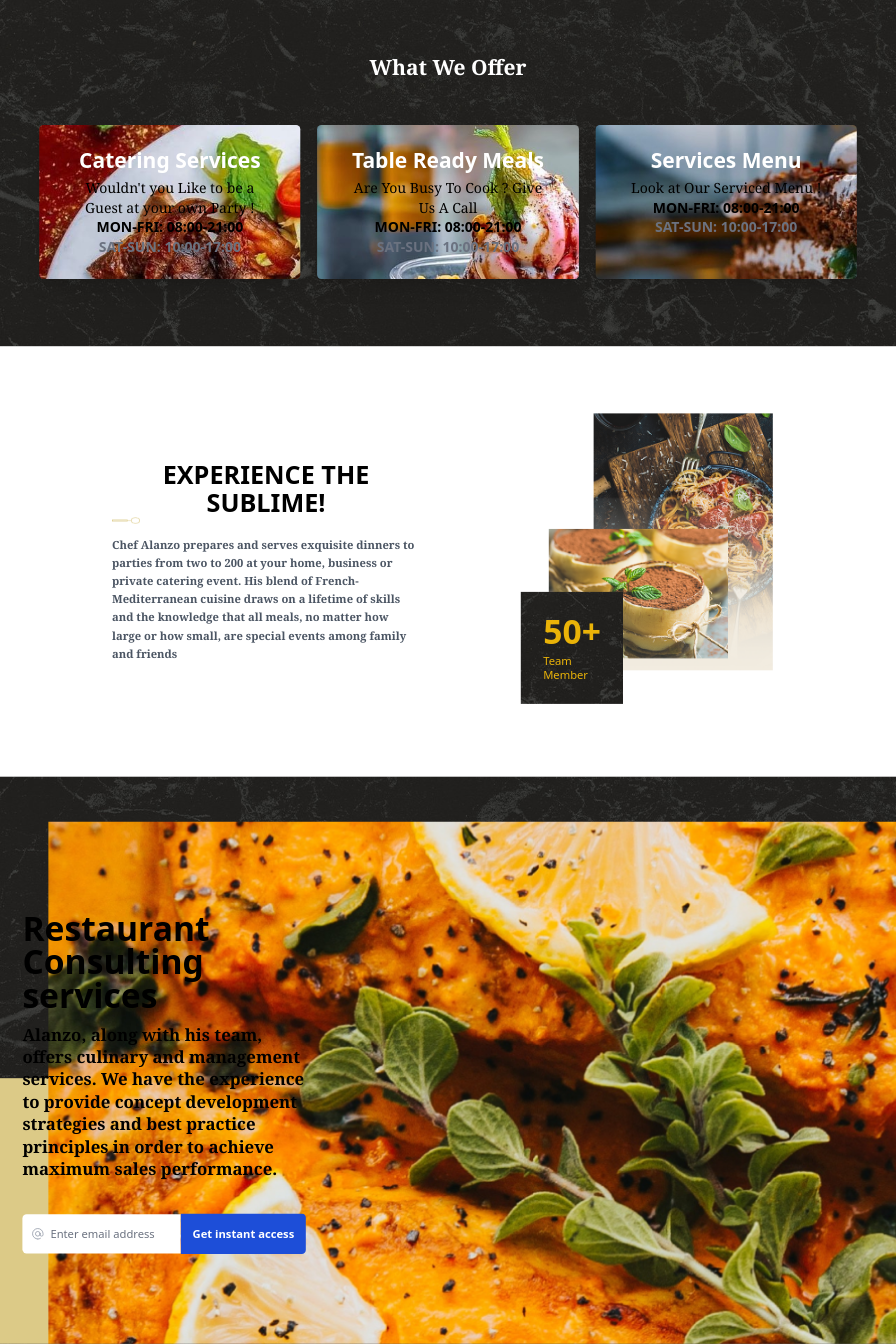
Repository: remydev47/alanzo
Page: /
The author's editor kept a copy of each file at every save. The page is drawn from the files as they stood at one save, then again after the next save.
The browser window is 1280 px wide. The pictures show the part of the page from y = 821 to 2741 px (the page is 2741 px tall), at 70% of full size.
The project was rebuilt for these pictures with package versions that can differ from the ones it lists, and the page was loaded fresh each time. The framework's server and built-in components were replaced by stand-ins that run in the browser. Also part of the build but not shown: next.config.js, components/Catering.tsx, components/Menu.tsx, components/Testimonials.tsx, components/CTA.tsx, components/Footer.tsx.

Above is the page before, as saved 2022-12-17 12:47:13.

### pages/_app.tsx
import '../styles/globals.css'
import type { AppProps } from 'next/app'
import Navbar from '../components/Navbar'

function MyApp({ Component, pageProps }: AppProps) {
  return (
    <>

      <Component {...pageProps} />
    </>
  )
}

export default MyApp

### pages/index.tsx
import type { NextPage } from 'next'
import Head from 'next/head'
import Image from 'next/image'
import { Aboutus, Consulting, Hero, Services } from '../components'
import Navbar from '../components/Navbar'


const Home: NextPage = () => {
  return (
    <div className="bg-[url('/images/bg_2.jpg')]">
      <Head>
        <title>Avantos</title>
        <link rel="icon" href="/favicon.ico" />
      </Head>
      <Navbar />
      <Hero />
      <Services />
      <Aboutus />
      <Consulting />

    </div>
  )
}

export default Home

### components/index.ts
import Hero from "./Hero";
import Services from "./Services";
import Aboutus from "./Aboutus";
import Consulting from "./Consulting";
import Catering from "./Catering";
import Menu from "./Menu";
import Testimonials from "./Testimonials";
import CTA from "./CTA";
import Footer from "./Footer";

export {
    Hero, Services, CTA, Catering, Consulting, Footer, Menu, Aboutus, Testimonials
}

### components/Navbar.tsx
import React from 'react';
import { navLinks } from '../constants';
import Menupopover from './Menupopover';
import Image from 'next/image';
import Logo from './Logo';
import { Button } from './Button';

const Navbar = () => {
  return (
    <header className="fixed inset-x-0 bg-[url('/images/bg_2.jpg')] z-20 flex justify-between items-center py-2 px-2 shadow-lg dark:bg-slate-900 sm:py-3 sm:px-8">
            <div className='flex grow-0 basis-1/3 md:hidden'>
                <Menupopover />
            </div>

             <div className='flex grow-0 ml-2 justify-center md:justify-start'>
                <Logo />

            </div>


            <ul className="list-none sm:flex hidden justify-end items-center flex-1">
            {navLinks.map((nav, index) => (
                <li
                key={nav.id}
                className={`font-bold cursor-pointer text-[16px]
                   ${index === navLinks.length - 1 ? 'mr-0' : 'mr-10'}
                  text-white `}
                >
                    <a>{nav.title}</a>
                </li>
            ))}
           </ul>


        </header>
  )
}

export default Navbar

### components/Hero.tsx
import React from 'react'

const Hero = () => {
  return (
    <section className='relative pt-48 pb-12 xl:pt-60 sm:pb-16 lg:pb-32 xl:pb-48 2xl:pb-56'>
    <div className="absolute inset-0">
     <img className="object-cover w-full h-full" src="/images/hero.jpg" alt="" />
    </div>
   <div className='relative'>
    <div className="px-6 mx-auto sm:px-8 lg:px-12 max-w-7xl">
      <div className="w-full lg:w-2/3 xl:w-1/2">
        <h1 className="font-serif text-xl font-bold tracking-tight text-white text-opacity-70 text-center">Proffesional Catering Services</h1>
        <p className="mt-6 tracking-tighter text-[#656b72]">
          <span className="font-sans font-bold text-6xl">WELCOME TO OUR </span><br />
          <span className="font-serif italic font-BOLD text-7xl">WORLD CLASS CHEF</span>
        </p>
        <p className="mt-8 font-erif text-xl font-serif text-[#fff]">
          Hiring A Proffesional Chef for Family Dinners & Gatherings, Date Nights & Branchs, Parties & Get-togethers, and even Meal for entire Families !
        </p>
      </div>
    </div>
   </div>
  </section>
  )
}

export default Hero

### components/Services.tsx
import React from 'react'
import styles from '../styles'

const Services = () => {
  return (
    <section className={`${styles.paddings} bg-[url('/images/bg_2.jpg')] sm:py-16 lg:py-24`}>
      <div className="px-4 mx-auto max-w-7xl sm:px-6 lg:px-8">
       <div className="max-w-2xl mx-auto text-center">
        <h2 className="text-xl font-bold font-serif leading-tight text-white lg:text-3xl">What We Offer</h2>
       </div>

       <div className="grid max-w-md grid-cols-1 gap-6 mx-auto mt-8 text-center lg:max-w-full lg:mt-16 lg:grid-cols-3">

        <div className="overflow-hidden bg-[url('/images/bg-3.jpg')] shadow-xl border-gray-300 rounded-md">
          <div className="p-8 xl:px-12 flex flex-col items-center justify-center">
             <div className='flex flex-col'>
               <h1 className='text-3xl font-semibold text-[#fff]'>Catering Services</h1>
             </div>
             <h2 className='font-normal text-xl font-serif text-black text-center mt-2'>
               Wouldn't you Like to be a Guest at your own Party !
             </h2>
             <p className='text-xl text-black text-center font-bold'>
               MON-FRI: 08:00-21:00
             </p>
             <p className='text-xl text-gray-500 text-center font-bold'>
               SAT-SUN: 10:00-17:00
             </p>
          </div>
        </div>

        <div className="overflow-hidden bg-[url('/images/bg-4.jpg')] shadow-xl border-gray-300 rounded-md">
          <div className="p-8 xl:px-12 flex flex-col items-center justify-center">
             <div className='flex flex-col'>
               <h1 className='text-3xl font-semibold text-[#fff]'>Table Ready Meals</h1>
             </div>
             <h2 className='font-normal text-xl font-serif text-black text-center mt-2'>
               Are You Busy To Cook ? Give Us A Call
             </h2>
             <p className='text-xl text-black text-center font-bold'>
               MON-FRI: 08:00-21:00
             </p>
             <p className='text-xl text-gray-500 text-center font-bold'>
               SAT-SUN: 10:00-17:00
             </p>
          </div>
        </div>

        <div className="overflow-hidden bg-[url('/images/bg-5.jpg')] shadow-xl border-gray-300 rounded-md">
          <div className="p-8 xl:px-12 flex flex-col items-center justify-center">
             <div className='flex flex-col'>
               <h1 className='text-3xl font-semibold text-[#fff]'>Services Menu</h1>
             </div>
             <h2 className='font-normal text-xl font-serif text-black text-center mt-2'>
               Look at Our Serviced Menu !
             </h2>
             <p className='text-xl text-black text-center font-bold'>
               MON-FRI: 08:00-21:00
             </p>
             <p className='text-xl text-gray-500 text-center font-bold'>
               SAT-SUN: 10:00-17:00
             </p>
          </div>
        </div>



       </div>
      </div>
    </section>
  )
}

export default Services

### components/Aboutus.tsx
import React from 'react'

const Aboutus = () => {
  return (
    <section className="py-6 bg-[#fff] sm:py-16 lg:py-24">
      <div className="max-w-5xl px-4 mx-auto sm:px-6 lg:px-8">
       <div className="grid items-center grid-cols-1 gap-y-6 md:grid-cols-2 md:gap-x-20">
          <div className="">
                <h1 className='text-4xl font-semibold text-black text-center'>EXPERIENCE THE SUBLIME!</h1>
                <h2 className="text-4xl font-bold leading-tight text-black sm:text-4xl lg:text-4xl">
                  <img src='/images/spoon.png' />
                </h2>
                <p className="mt-4 text-base font-serif leading-relaxed text-gray-600 font-semibold">
                 Chef Alanzo prepares and serves exquisite dinners to parties from two to 200 at your home, business or private catering event. His blend of French-Mediterranean cuisine draws on a lifetime of skills and the knowledge that all meals, no matter how large or how small, are special events among family and friends
                </p>
          </div>
          <div className=" pl-20 pr-6 sm:pl-6 md:px-0">
                <div className="relative w-full max-w-xs mt-4 mb-10 ml-auto">
                 <img className="relative -top-4 -left-4" src="/images/bg-8.png" alt="" />



                    <div className="absolute -bottom-10 -left-16 m-2">


                          <div className="px-8 py-8 bg-[url('/images/bg_2.jpg')]">
                               <span className="block text-4xl font-bold text-yellow-500 lg:text-5xl"> 50+ </span>
                                <span className="block mt-2 text-base leading-tight text-yellow-500"> Team<br />Member</span>
                            </div>
                    </div>
                </div>
            </div>
       </div>
      </div>
    </section>
  )
}

export default Aboutus

### components/Consulting.tsx
import React from 'react'

const Consulting = () => {
  return (
    <section className="mt-16 relative py-10 overflow-hidden sm:py-16 lg:py-24 xl:py-32">
    <div className="absolute inset-0">
      <img className="object-cover w-full h-full md:object-left md:scale-150 md:origin-top-left" src="/images/welcome.png" alt="" />
   </div>
  <div className="relative px-4 mx-auto sm:px-6 lg:px-8 max-w-7xl">
     <div className="text-center md:w-2/3 lg:w-1/2 xl:w-1/3 md:text-left">
         <h2 className="text-3xl font-bold leading-tight text-black sm:text-4xl lg:text-5xl">Restaurant Consulting services</h2>
         <p className="mt-4 text-2xl text-black font-serif font-semibold">
          Alanzo, along with his team, offers culinary and management services. We have the experience to provide concept development strategies and best practice principles in order to achieve maximum sales performance.
         </p>

         <form action="#" method="POST" className="mt-8 lg:mt-12">
             <div className="flex flex-col items-center sm:flex-row sm:justify-center">
                 <div className="flex-1 w-full min-w-0 px-4 sm:px-0">
                     <div className="relative text-gray-400 focus-within:text-gray-600">
                         <label htmlFor="email" className="sr-only"></label>
                         <label htmlFor="email" className="sr-only"></label>
                         <div className="absolute inset-y-0 left-0 flex items-center pl-3 pointer-events-none">
                             <svg className="w-5 h-5" xmlns="http://www.w3.org/2000/svg" fill="none" viewBox="0 0 24 24" stroke="currentColor">
                                 <path stroke-linecap="round" stroke-linejoin="round" stroke-width="1.5" d="M16 12a4 4 0 10-8 0 4 4 0 008 0zm0 0v1.5a2.5 2.5 0 005 0V12a9 9 0 10-9 9m4.5-1.206a8.959 8.959 0 01-4.5 1.207" />
                             </svg>
                         </div>
                         <input
                             type="email"
                             name="email"
                             id="email"
                             placeholder="Enter email address"
                             className="block w-full py-4 pl-10 pr-4 text-base text-black placeholder-gray-500 transition-all duration-200 border-gray-200 rounded-md sm:rounded-r-none caret-blue-600 focus:border-blue-600 focus:ring-1 focus:ring-blue-600"
                             required
                         />

                     </div>
                 </div>

                 <button type="submit" className="inline-flex items-center justify-center flex-shrink-0 w-auto px-4 py-4 mt-4 font-semibold text-white transition-all duration-200 bg-blue-700 border border-transparent rounded-md sm:mt-0 sm:rounded-l-none sm:w-auto hover:bg-blue-700 focus:bg-blue-700">
                     Get instant access
                 </button>
             </div>
         </form>
     </div>
  </div>
  </section>
  )
}

export default Consulting

### constants/index.ts
export const navLinks =[
    {
        id:"menu",
        title:"MENU",
    },
    {
        id:"services",
        title:"SERVICES",
    },
    {
        id:"privatechef",
        title:"PRIVATE CHEF",
    },
    {
        id:"catering",
        title:"CATERING",
    },
    {
        id:"aboutus",
        title:"ABOUT",
    },
    {
        id:"contacts",
        title:"CONTACTS",
    },
]

### components/Menupopover.tsx
import React, {useState, Fragment} from 'react';
import { navLinks } from '../constants';
import { IconButton, Button } from './Button';
import { Transition, Dialog } from '@headlessui/react';
import Logo from './Logo';
import Image from 'next/image';

const Menupopover = () => {
  const [isOpen, setIsOpen] = useState(false)

  return (
    <div>
    <IconButton
      variant='ghost'
      aria-label='menu'
      onClick={() => setIsOpen(!isOpen)}
    >
      <svg className='w-6 h-6 ' fill='none' stroke='currentColor'>
        <path
          strokeLinecap='round'
          strokeLinejoin='round'
          strokeWidth={2}
          d='M4 6h16M4 12h16M4 18h16'
        />
      </svg>
    </IconButton>
    <Transition
      show={isOpen}
      appear
      as={Fragment}
      enter='transform transition ease-in-out duration-300'
      enterFrom='-translate-x-full'
      enterTo='translate-x-0'
      leave='transform transition ease-in-out duration-300 delay-200'
      leaveFrom='translate-x-0'
      leaveTo='-translate-x-full'
     >
     <Dialog
       as='div'
       className={`fixed inset-0 z-50`}
       onClose={setIsOpen}
       open={isOpen}
       >
       <Transition.Child
         as={Fragment}
         enter='ease-out duration-300 delay-300'
         enterFrom='opacity-0'
         enterTo='opacity-100'
         leave='ease-in duration-200'
         leaveFrom='opacity-100'
         leaveTo='opacity-0'
       >

        <Dialog.Overlay
          className={`fixed inset-0 bg-black/20 backdrop-blur-sm dark:bg-gray-900/80`}
         />
      </Transition.Child>
       <div className={styles.dialogcontainer}>
        <a className='mx-auto mt-4 flex w-[140px] '>
          <Logo />
        </a>
        <ul
            className={styles.navWrapper2}
         >
            {navLinks.map((nav, index) => (
                <li
                 key={nav.id}
                 className={` font-bold cursor-pointer text-[16px]
                  mt-2 border-t border-slate-200 py-4 dark:border-slate-600
                  ${index === navLinks.length - 1 ? 'mr-0' : 'mb-4'}
                  text-white `}
                >
                 <a href={`#${nav.id}`}>
                    {nav.title}
                 </a>
                </li>
             ))}
         </ul>

        <IconButton
          variant='ghost'
          aria-label='close menu'
          className='absolute top-5 right-5'
          onClick={() => setIsOpen(false)}
        >
          <svg
            viewBox='0 0 10 10'
            className='h-2.5 w-2.5 overflow-visible'
            aria-hidden='true'
          >
            <path
                d='M0 0L10 10M10 0L0 10'
                fill='none'
                stroke='currentColor'
                strokeWidth='2'
                strokeLinecap='round'
              />
          </svg>
        </IconButton>
       </div>
     </Dialog>
    </Transition>
  </div>
  )
}

export default Menupopover;

const styles ={
  dialogcontainer:`fixed top-0 bottom-0 left-0 w-full max-w-xs rounded-r-xl bg-[url('/images/bg_2.jpg')]  p-6 shadow-lg dark:bg-gray-800`,
  menuitems:`group relative flex h-9 items-center oveflow-hidden rounded-md hover:bg-slate-200/50`,
  navWrapper2:`list-none flex flex-col justify-end items-center flex-1`,
}

### components/Logo.tsx
import React from 'react'
import Image from 'next/image'

const Logo = () => {
  return (
    <div>
      <Image
        src='/images/logo.png'
        alt='Alanzo'
        height={60}
        width={150}
      />
    </div>
  )
}

export default Logo

### styles/index.ts
const styles = {
    innerWidth: '2xl:max-w-[1280px] w-full',
    interWidth: 'lg:w-[80%] w-[100%]',

    paddings: 'sm:p-16 xs:p-8 px-6 py-12',
    yPaddings: 'sm:py-16 xs:py-8 py-12',
    xPaddings: 'sm:px-16 px-6',
    topPaddings: 'sm:pt-16 xs:pt-8 pt-12',
    bottomPaddings: 'sm:pb-16 xs:pb-8 pb-12',

    flexCenter: 'flex justify-center items-center',
    flexStart: 'flex justify-start items-start',
    flexEnd: 'flex justify-end',
    navPadding: 'pt-[98px]',

    // hero section
    heroHeading:
        'font-bold lg:text-[144px] md:text-[100px] sm:text-[60px] text-[44px] lg:leading-[158.4px] md:leading-[114.4px] sm:leading-[74.4px] leading-[64.4px] uppercase text-white',
    heroDText:
        'md:w-[212px] sm:w-[80px] w-[60px] md:h-[108px] sm:h-[48px] h-[38px] md:border-[18px] border-[9px] rounded-r-[50px] border-white sm:mx-2 mx-[6px]',
  };

  export default styles;

### components/Button/index.tsx
import React, { forwardRef } from "react";
//import { __DEV__ } from "../../utils/assertions";

type BaseButtonProps = Omit<React.HTMLProps<HTMLButtonElement>, "size">;

/* === Button Element === */

export interface ButtonProps extends BaseButtonProps {
  children: React.ReactNode;
  fullWidth?: boolean;
  className?: string;
  variant?: "solid" | "outline" | "ghost";
  size?: "sm" | "md" | "lg";
  as?: string;
  isExternal?: boolean;
  type?: "button" | "submit" | "reset";
}

export const Button = forwardRef<HTMLButtonElement, ButtonProps>(
  (
    {
      children,
      variant = "solid",
      size = "md",
      fullWidth = false,
      className,
      as = "button",
      isExternal = false,
      ...rest
    },
    ref
  ) => {
    let tempClassNames: string[] = [];

    const sharedClasses = [
      "capitalize",
      "focus:outline-none",
      "focus:ring-2",
      "focus:ring-indigo-400",
      "focus:ring-offset-2",
      "focus:ring-offset-indigo-50",
      "font-semibold",
      "rounded-full",
      "inline-flex",
      "flex-shrink-0",
      "items-center",
      "justify-center",
      "transition-colors",
      "ease-in-out",
      "duration-500",
    ];

    if (fullWidth) sharedClasses.push("w-full");

    // handle variants
    let btnSolid = ["bg-indigo-600", "hover:bg-indigo-700", "text-white"];
    let btnOutline = [
      "dark:text-white",
      "hover:text-indigo-700",
      "hover:dark:text-indigo-700",
      "bg-transparent",
      "hover:bg-indigo-50",
      "border",
      "border-indigo-600",
    ];
    let btnGhost = [
      "bg-transparent",
      "dark:text-white",
      "hover:bg-indigo-50",
      "hover:text-indigo-700",
      "hover:dark:text-indigo-700",
    ];

    if (variant === "solid") {
      tempClassNames = [...sharedClasses, ...btnSolid];
    } else if (variant === "outline") {
      tempClassNames = [...sharedClasses, ...btnOutline];
    } else if (variant === "ghost") {
      tempClassNames = [...sharedClasses, ...btnGhost];
    }

    // handle sizes
    let sizeSm = ["h-8", "px-2", "text-sm"];
    let sizeMd = ["h-10", "px-3"];
    let sizeLg = ["h-12", "px-4", "text-lg"];

    if (size === "sm") {
      tempClassNames = [...tempClassNames, ...sizeSm];
    } else if (size === "md") {
      tempClassNames = [...tempClassNames, ...sizeMd];
    } else if (size === "lg") {
      tempClassNames = [...tempClassNames, ...sizeLg];
    }

    let classes = tempClassNames.join(" ");

    let Element = as ? (
      React.createElement(
        as,
        {
          className: `${classes} ${className}`,
          target: isExternal ? "_blank" : undefined,
          rel: isExternal ? "noopener noreferrer" : undefined,
          ref,
          ...rest,
        },
        children
      )
    ) : (
      <button {...rest} className={`${classes} ${className}`} ref={ref}>
        {children}
      </button>
    );

    return Element;
  }
);

// if (__DEV__) {
//   Button.displayName = "Button";
// }

/* === IconButton Element === */

export interface IconButtonProps extends ButtonProps {
  icon?: React.ReactElement;
  "aria-label": string;
}

export const IconButton = forwardRef<HTMLButtonElement, IconButtonProps>(
  (
    {
      children,
      icon,
      className,
      "aria-label": ariaLabel,
      size = "md",
      ...rest
    },
    ref
  ) => {
    let sharedClasses = ["rounded-full", "!px-0"];

    // handle sizes
    let sizeSm = ["w-8"];
    let sizeMd = ["w-10"];
    let sizeLg = ["w-12"];

    if (size === "sm") {
      sharedClasses = [...sharedClasses, ...sizeSm];
    } else if (size === "md") {
      sharedClasses = [...sharedClasses, ...sizeMd];
    } else if (size === "lg") {
      sharedClasses = [...sharedClasses, ...sizeLg];
    }

    /**
     * Passing the icon as prop or children should work
     */
    const element = icon || children;
    const _children = React.isValidElement(element)
      ? React.cloneElement(element as any, {
          "aria-hidden": true,
          focusable: false,
        })
      : null;

    let classes = sharedClasses.join(" ");
    return (
      <Button
        className={`${classes} ${className}`}
        aria-label={ariaLabel}
        size={size}
        {...rest}
        ref={ref}
      >
        {_children}
      </Button>
    );
  }
)

### tailwind.config.js
/** @type {import('tailwindcss').Config} */
module.exports = {
  content: [
    './pages/**/*.{js,ts,jsx,tsx}',
    './components/**/*.{js,ts,jsx,tsx}',
  ],
  theme: {
    extend: {
      backgroundImage: {
        'bg_2': "url('/images/bg_2.jpg')",
        'bg-3': "url('/images/bg-3.jpg')",
        'bg-4': "url('/images/bg-4.jpg')",
        'bg-5': "url('/images/bg-5.jpg')",
      },
      colors: {
        'primary-black': '#1A232E',
        'secondary-white': '#c7c7c7',
      },
    },
  },
  plugins: [],
}

Loaded but not shown: styles/globals.css (common file)

After the next save:
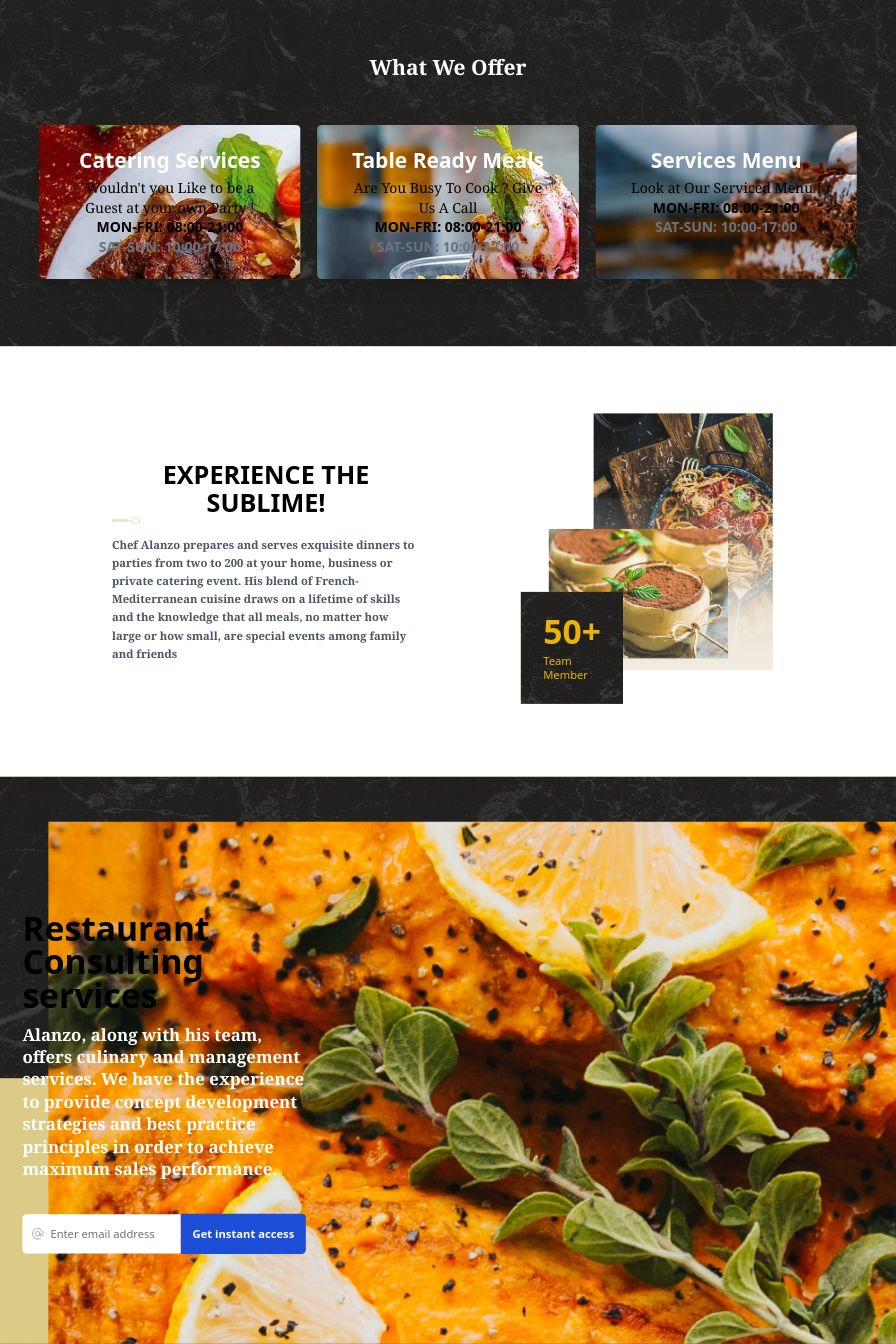
Saved 17 s later.
--- a/components/Consulting.tsx
+++ b/components/Consulting.tsx
@@ -9,7 +9,7 @@ const Consulting = () => {
   <div className="relative px-4 mx-auto sm:px-6 lg:px-8 max-w-7xl">
      <div className="text-center md:w-2/3 lg:w-1/2 xl:w-1/3 md:text-left">
          <h2 className="text-3xl font-bold leading-tight text-black sm:text-4xl lg:text-5xl">Restaurant Consulting services</h2>
-         <p className="mt-4 text-2xl text-black font-serif font-semibold">
+         <p className="mt-4 text-2xl text-[#fff] font-serif font-semibold">
           Alanzo, along with his team, offers culinary and management services. We have the experience to provide concept development strategies and best practice principles in order to achieve maximum sales performance.
          </p>
 
